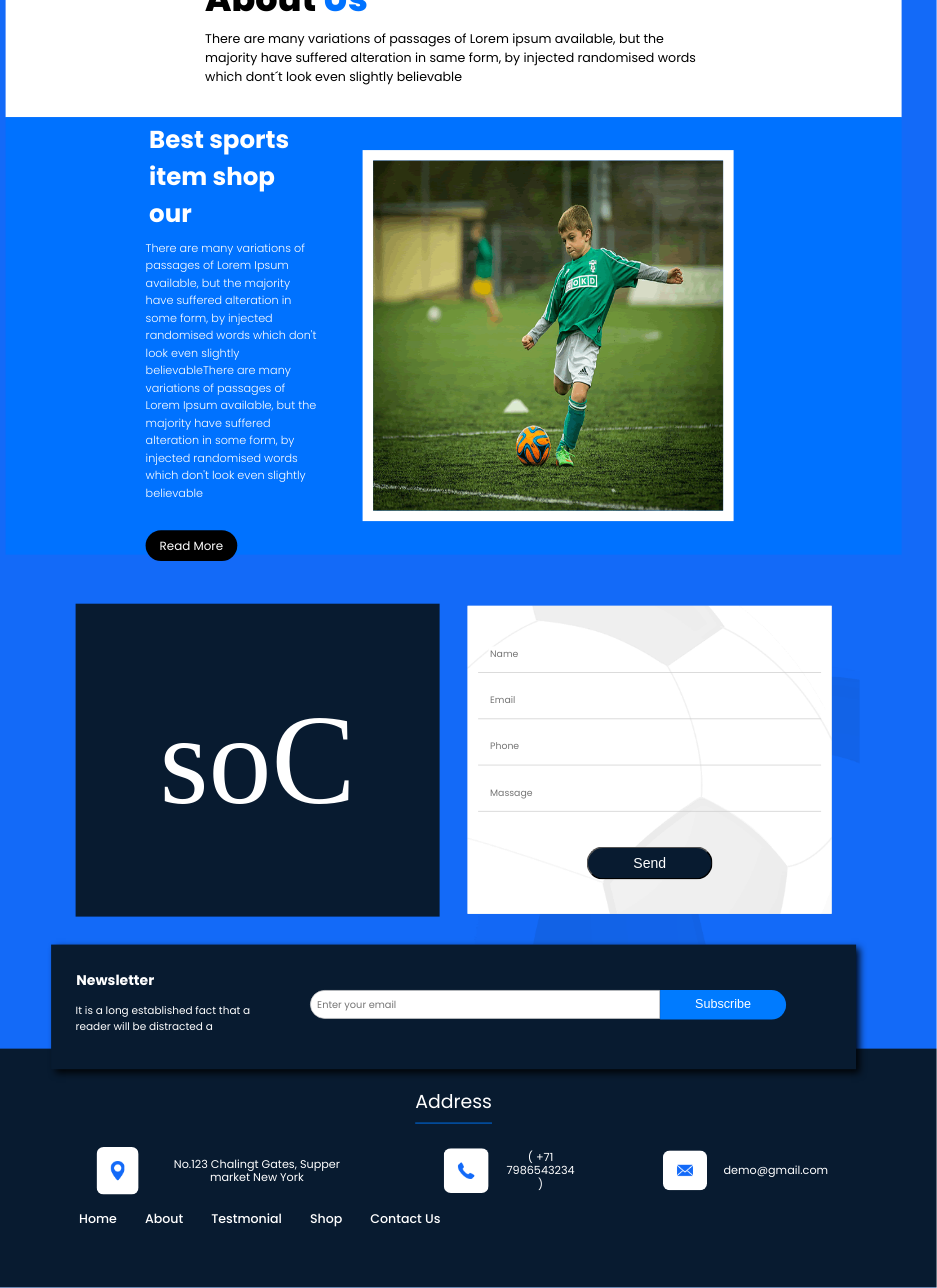
Repository: Vinicius9922/Projeto-Web
Page: index.html
An editor plug-in stored every save of this project. The page is shown before and after a run of saves, followed by the edit.
The browser window is 1280 px wide. The page is 1338 px wide, so the pictures cover 1338 px, including what lies to the right of the window. The pictures show the part of the page from y = 1958 to 3798 px (the page is 3798 px tall before and 3748 px after), at 70% of full size.

Above is the page before, as saved 2024-12-13 19:42:41.

### index.html
<!DOCTYPE html>
<html>

<head>
    <meta charset="UTF-8">
    <meta name="viewport" content="width=device-width, initial-scale=1.0">
    <link rel="stylesheet" href="index.css">
    <link rel="preconnect" href="https://fonts.googleapis.com">
    <link rel="preconnect" href="https://fonts.gstatic.com" crossorigin>
    <link
        href="https://fonts.googleapis.com/css2?family=Lora:ital,wght@0,400..700;1,400..700&family=Poppins:ital,wght@0,100;0,200;0,300;0,400;0,500;0,600;0,700;0,800;0,900;1,100;1,200;1,300;1,400;1,500;1,600;1,700;1,800;1,900&display=swap"
        rel="stylesheet">
    <title>Index</title>
</head>

<body class="main-layout">
    <header>
        <div class="header">
            <div class="container">
                <div class="logo"><img src="img/logo.png" alt="logo"></div>
                <div class="navBar">
                    <nav>
                        <ul class="menuNav">
                            <li>HOME</li>
                            <li>ABOUT</li>
                            <li>TESTMONIAL</li>
                            <li>SHOP</li>
                            <li>CONTACT US</li>
                            <li><img id="lupa" src="img/search_icon.png"></li>
                        </ul>
                    </nav>
                </div>
            </div>
        </div>
    </header>
    <section>
        <div class="container">
            <div class="carroussel">
                <div class="textCarroussel">
                    <h1>Welcome to <strong class="color">Our Shop</strong></h1>
                    <p>There are many variations of passages of Lorem Ipsum available, but the majority have
                        suffered
                        alteration in some form, by injected humour</p>
                    <button class="botao-carrossel">Buy Now</button>
                    <button class="botao-carrossel">About</button>
                </div>
            </div>
            <div class="img-carroussel">
                <div>
                    <figure><img id="img-carroussel" src="img/boksing-gloves.png" alt="img" /></figure>
                </div>
            </div>
        </div>
    </section>

    <!-- aaaaaaaaaaaaaaa -->

    <div class="parte branca">
        <h1>Our <span>Products</span></h1>
        <p>There are many variations of passages of Lorem ipsum available, but the majority have suffered alteration in
            some form, by injected randomised words wich don't look even slightly believable</p>
    </div>

    <div class="container3">

        <div class="imagem1">
            <img src="img/basketball.png" alt="bola">
            <p>$<span class="valor">50</span></p>
            <p class="p1">Basket ball</p>
        </div>
        <div class="imagem2">
            <img src="img/t-shirt.png" alt="camiseta">
            <p>$<span class="valor">50</span></p>
            <p class="p1">T-shirt</p>
        </div>
        <div class="imagem3">
            <img src="img/game.png" alt="game">
            <p>$<span class="valor">50</span></p>
            <p class="p1">Game</p>
        </div>
        <div class="imagem4">
            <img src="img/basketball.png" alt="bola">
            <p>$<span class="valor">50</span></p>
            <p class="p1">Basket ball</p>
        </div>
        <div class="imagem5">
            <img src="img/t-shirt.png" alt="camiseta">
            <p>$<span class="valor">50</span></p>
            <p class="p1">T-shirt</p>
        </div>
        <div class="imagem6">
            <img src="img/game.png" alt="game">
            <p>$<span class="valor">50</span></p>
            <p class="p1">game</p>
        </div>

    </div>
    <div class="branca2">
        <h1> About <span>Us</span></h1>
        <p>There are many variations of passages of Lorem ipsum available, but the majority have suffered alteration in
            same form, by injected randomised words which dont´t look even slightly believable</p>
    </div>

    <div class="shield">
        <div class="texto-shield">
            <h1 class="textobranco">Best sports item shop our</h1>
            <p class="p2">There are many variations of passages of Lorem Ipsum available, but the majority have suffered
                alteration in some form, by injected randomised words which don't look even slightly believableThere are
                many variations of passages of Lorem Ipsum available, but the majority have suffered alteration in some
                form, by injected randomised words which don't look even slightly believable</p>

            <div class="btn_main">
                <a class="botao" href="#" role="button">Read More</a>
            </div>
        </div>
        <div class="child">
            <figure><img src="img/child-image.png">
            </figure>
        </div>
    </div>

    <!-- aaaaaaaaaaaaaaaaaaaa -->

    <div class="container2">
        <div class="formulario">
            <div class="box-left">
                <div class="soc">soC</div>
            </div>
            <div class="box-right">
                <form>
                    <div class="grupo-form">
                        <input type="text" class="form" placeholder="Name" name="Name">
                    </div>
                    <div class="grupo-form">
                        <input type="email" class="form" placeholder="Email" name="Email">
                    </div>
                    <div class="grupo-form">
                        <input type="text" class="form" placeholder="Phone" name="Phone">
                    </div>
                    <div class="grupo-form">
                        <input type="text" class="form" placeholder="Massage" name="mensagem">
                    </div>
                    <div class="send-button">
                        <button type="submit" class="botao-env">Send</button>
                    </div>
                </form>
            </div>
        </div>
        <div class="box-down">
            <div class="text-news">
                <h2 class="Newsletter">Newsletter</h2>
                <p class="text-newsletter">It is a long established fact that a reader will be distracted a</p>
            </div>
            <div class="email-news">
                <input type="email" class="news-email" placeholder="Enter your email" name="Email">
            </div>
            <div class="Subscribe">
                <button class="subs-button" type="Subscribe">Subscribe</button>
            </div>
        </div>



        <div class="footer">
            <div>
                <div>
                    <div>
                        <div class="titulo">
                            <h2 class="titulo_texto">Address</h2>
                        </div>
                    </div>
                </div>
            </div>
            <div class="endereco">
                <div>
                    <div class="icones">
                        <div class="site_info">
                            <div class="img-icon">
                                <span class="info_icon"><img src="img/map-icon.png" /></span>
                            </div>
                            <span>No.123 Chalingt Gates, Supper market New York</span>
                        </div>
                    </div>
                    <div class="icones">
                        <div class="site_info">
                            <div class="img-icon">
                                <span class="info_icon"><img src="img/phone-icon.png" /></span>
                            </div>
                            <span>( +71 7986543234 )</span>
                        </div>
                    </div>
                    <div class="icones">
                        <div class="site_info">
                            <div class="img-icon">
                                <span class="info_icon"><img src="img/email-icon.png" /></span>
                            </div>
                            <span>demo@gmail.com</span>
                        </div>
                    </div>
                </div>
            </div>

            <div class="menu_main">
                <div class="menu_text">
                    <ul>
                        <li >Home</li>
                        <li>About</li>
                        <li>Testmonial</li>
                        <li>Shop</li>
                        <li>Contact Us</li>
                    </ul>
                </div>
            </div>
        </div>
    </div>

</body>

</html>

### index.css
@import url('https://fonts.googleapis.com/css2?family=Lora:ital,wght@0,400..700;1,400..700&family=Poppins:ital,wght@0,100;0,200;0,300;0,400;0,500;0,600;0,700;0,800;0,900;1,100;1,200;1,300;1,400;1,500;1,600;1,700;1,800;1,900&display=swap');

body {
    width: 100%;
    font-family: Poppins, normal;
    background-color: #136af8;
    background: linear-gradient(to bottom, #136af8 91%, #081b30 9%);
}

header {
    background-color: #136af8;
    padding: 0px;
}

.container {
    display: flex;
    align-items: center;
    justify-content: space-between;
    margin: 40px 200px;
}

li:hover {
    text-decoration: underline;
    cursor: pointer;
    font-weight: bolder;
}

ul {
    color: white;
    list-style-type: none;
    display: flex;
    margin: 0;
    padding: 0;
    gap: 40px;
    font-weight: 500;
}

#lupa {
    margin-left: 20px;
}

.logo {
    margin-left: 60px;
}

section {
    background-color: #136af8;
    display: flex;
}

.textCarroussel {
    text-align: left;
    margin-left: 60px;
    padding-left: 15px;
}

.textCarroussel p,
strong {
    color: white;
}

.color {
    font-weight: bolder;
}

.textCarroussel h1 {
    font-family: Poppins;
    font-weight: bold;
    font-size: 65px;
    line-height: 74px;
    color: #081b30;
}

.textCarroussel p {
    font-size: 16px;
}

button {
    min-width: 180px;
    color: white;
    background-color: #081b30;
    padding: 10px 50px;
    border-radius: 30px;
    display: inline-block;
    font-size: 20px;
    margin-top: 40px;
    cursor: pointer;
}

button:hover {
    background-color: #032b58;
}

button+button {
    margin-left: 15px;
}

#img-carroussel {
    max-width: 110%;
    height: auto;
    display: block;
}


.parte.branca {
    background-color: white;
    text-align: center;
    padding: 40px 280px;
}

.parte.branca h1 {
    font-size: 50px;
    color: black;
    text-align: left;
    font-weight: 800;
    margin: 5px;
}

.parte.branca h1 span {
    color: #0072ff;

}

.parte.branca p {
    font-size: 18px;
    margin-top: 10px;
    text-align: left;
    font-weight: 400;
    margin: 5px;
}

/* Grade de produtos */
.container3 {
    display: grid;
    grid-template-columns: repeat(3, 1fr);
    gap: 20px;
    column-gap: 30px;
    padding-left: 250px;
    padding-right: 250px;
    padding-top: 40px;
    padding-bottom: 40px;
    background-color: #001f3f;
}


.container3 div {
    text-align: center;
    background-color: white;
    padding: 20px;
    box-shadow: 0 5px 10px rgba(0, 0, 0, 0.1);
}

.container3 img {
    width: 300px;
    height: 300px;
    margin-bottom: 10px;
}

.container3 div .valor {
    margin: 5px 0;
    font-size: 26px;
    color: #0072ff
}

.container3 div p {
    font-size: 26px;
    color: black;
    margin: 3px;
}

/* Sessão "About Us" */
.branca2 {
    background-color: white;
    text-align: left;
    padding: 40px 280px;
}

.branca2 h1 {
    font-size: 50px;
    color: black;
    text-align: left;
    font-weight: 800;
    margin: 5px;
}

.branca2 h1 span {
    color: #0072ff;
}

.branca2 p {
    font-size: 18px;
    margin-top: 10px;
    text-align: left;
    font-weight: 400;
    margin: 5px;
}

/* Sessão "Best sports item shop our" */
.shield {
    display: flex;
    justify-content: space-between;
    align-items: center;
    background-color: #0072ff;
    color: white;
    padding-left: 200px;
    padding-right: 200px;
    gap: 20px;
}

.texto-shield {
    text-align: left;
}

.shield h1 {
    font-size: 35px;
    color: rgb(255, 255, 255);
    text-align: left;
    font-weight: 700;
    margin: 5px;
}

.shield .p2 {
    font-size: 16px;
    margin-top: 10px;
    text-align: left;
    font-weight: 300;
    margin-bottom: 50px;
}

.btn_main .botao {
    text-decoration: none;
    background-color: black;
    color: white;
    padding: 10px 20px;
    border-radius: 30px;
    font-size: 17px;
    transition: 0.5s ease, color 0.4s ease 0.1s;
}

.botao:hover {
    background-color: #fbfbfb;
    color: black;
}

.child {
    margin: 0px;
}

.child img {
    height: 500px;
    width: 500px;
    display: flex;
    border: 15px solid #fff;
}




.container2 {
    display: flex;
    align-items: center;
    justify-content: space-between;
    margin: 30px 100px;
    flex-direction: column;
}

.formulario {
    flex: auto;
    display: flex;
    justify-content: space-between;
    align-items: center;
    border-radius: 10px;
    padding: 40px;
    justify-content: center;
    gap: 40px;
    background-image: url('img/contact-banner.png');
}

.grupo-form {
    width: 100%;
    padding: 15px;
    margin-bottom: 10px;
    border-bottom: 1px solid #ccc;
}

form {
    display: flex;
    flex-direction: column;
    align-items: center;
    width: 460px;
    height: 360px;
}

.form {
    border: none;
    width: 100px;
    margin: 0px;
}

.box-left {
    background-color: #081b30;
    color: white;
    text-align: center;
    font-family: apple;
    font-size: 180px;
    padding: 10% 10%;
    padding: 120px;
}

.box-right {
    height: auto;
    background-color: #f2f2f2;
    background-image: url('img/boll_bg.png');
    padding: 40px 30px;
}

.box-left,
.box-right {
    width: 50%;
}

input {
    border: none;
    outline: none;
    width: 100%;
}

input,
textarea {
    font-family: Poppins, normal;
    color: #a4a0a0;
    width: 100%;
}

.box-down {
    display: flex;
    align-items: row;
    background-color: #081b30;
    color: white;
    width: 1150px;
    box-shadow: 5px 5px 10px 0 rgba(0, 0, 0, 0.9);
}

.text-news {
    display: flex;
    flex-direction: column;
    max-width: 300px;
    padding-left: 35px;
    font-size: 12px;
    padding: 35px;
}

.Newsletter {
    margin: 1px;
    font-size: 20px;
}

.text-newsletter {
    font-size: 15px;
}

.email-news {
    display: flex;
    align-items: center;
    height: 172px;
}

.Subscribe {
    display: flex;
    align-items: center;
    height: 132px;
}

.news-email {
    padding: 9px;
    font-size: 14px;
    border: 1px solid #ccc;
    border-radius: 25px 0 0 25px;
    width: 500px;
    height: 41px;
    box-sizing: border-box;
}

.subs-button {
    font-size: 18px;
    color: white;
    background-color: #007BFF;
    border: none;
    border-radius: 0 25px 25px 0;
    cursor: pointer;
    height: 42px;

}

.subs-button:hover {
    background-color: #0056b3;
}


.footer{
    font-size: 18px;
    margin-top: 10px;
    text-align: center;
    font-weight: 400;
    margin: 5px;
}

.titulo_texto{
    color:white;
    text-decoration-line: underline;
    text-decoration-color: #0056b3;
    text-underline-offset: 20px;
    font-weight:400;
}

.endereco > div {
    display: flex;
    gap: 100px;
    align-items: center;
}

.icones {
    display: flex;
    align-items: center;
    gap: 10px;
    color:white;
}

.info_icon img {
    width: auto;
    height: auto;
    background-color:white;
    border-radius: 10px;
    padding: 20px;
    display: block;
}

.site_info {
    display: flex;
    align-items: center;
}

.site_info span {
    line-height: 1.2;
    font-size: 16px;

}
.img-icon {
    display: flex;
    align-items: center;
    justify-content: center;
    width: 50px;
    height: 50px;
    background-color: white;
    border-radius: 10px;
    margin:30px;
}

.menu_text ul{
    text-align: center;
    padding:0px 0px 50px 0px;

}

After the next 4 saves:
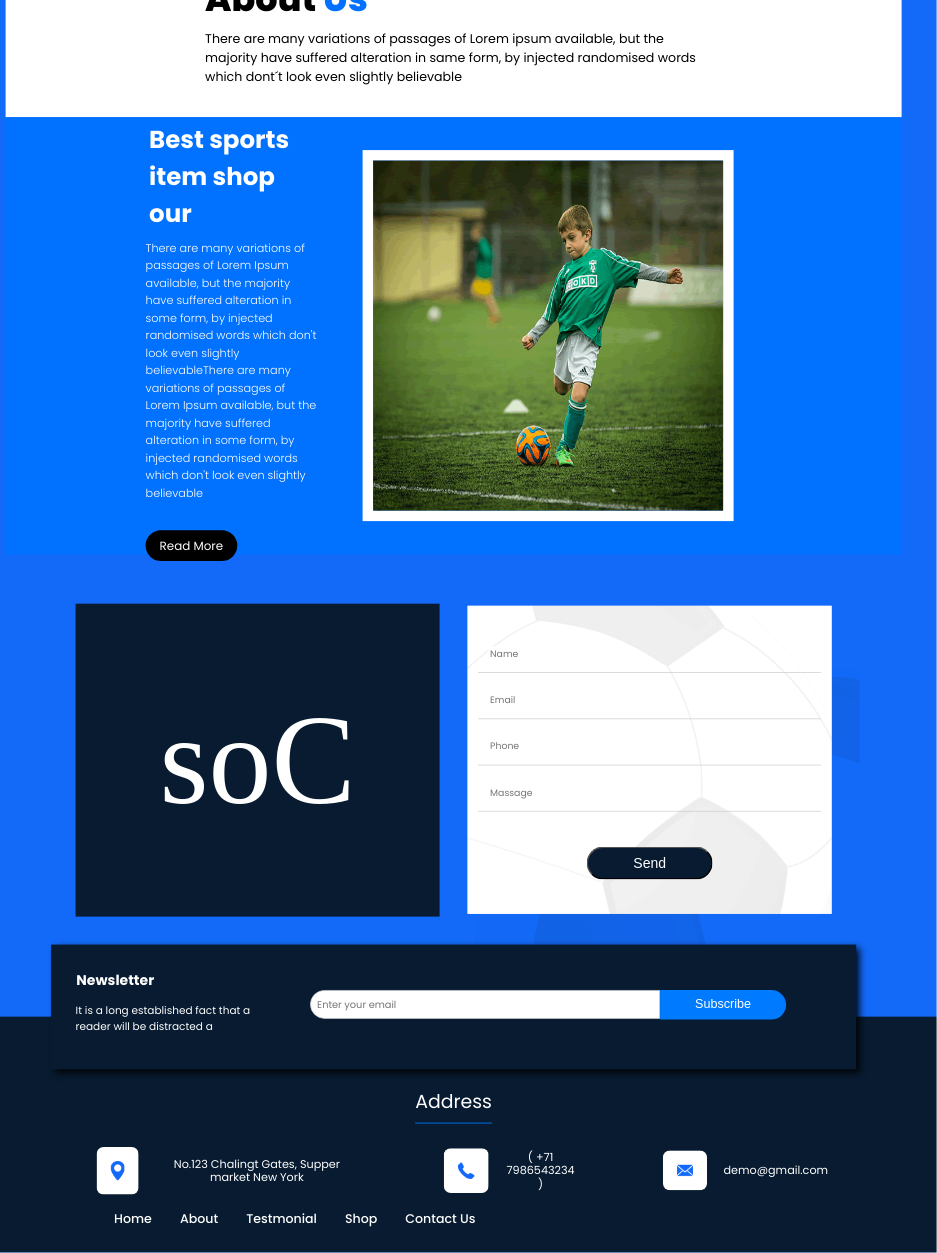
The 4 saves are shown as one change because they came seconds apart.
The last was saved 15 s later.
--- a/index.css
+++ b/index.css
@@ -458,6 +458,6 @@
 
 .menu_text ul{
     text-align: center;
-    padding:0px 0px 50px 0px;
-
-}
+    padding:0px 50px 0px 50px;
+
+}
